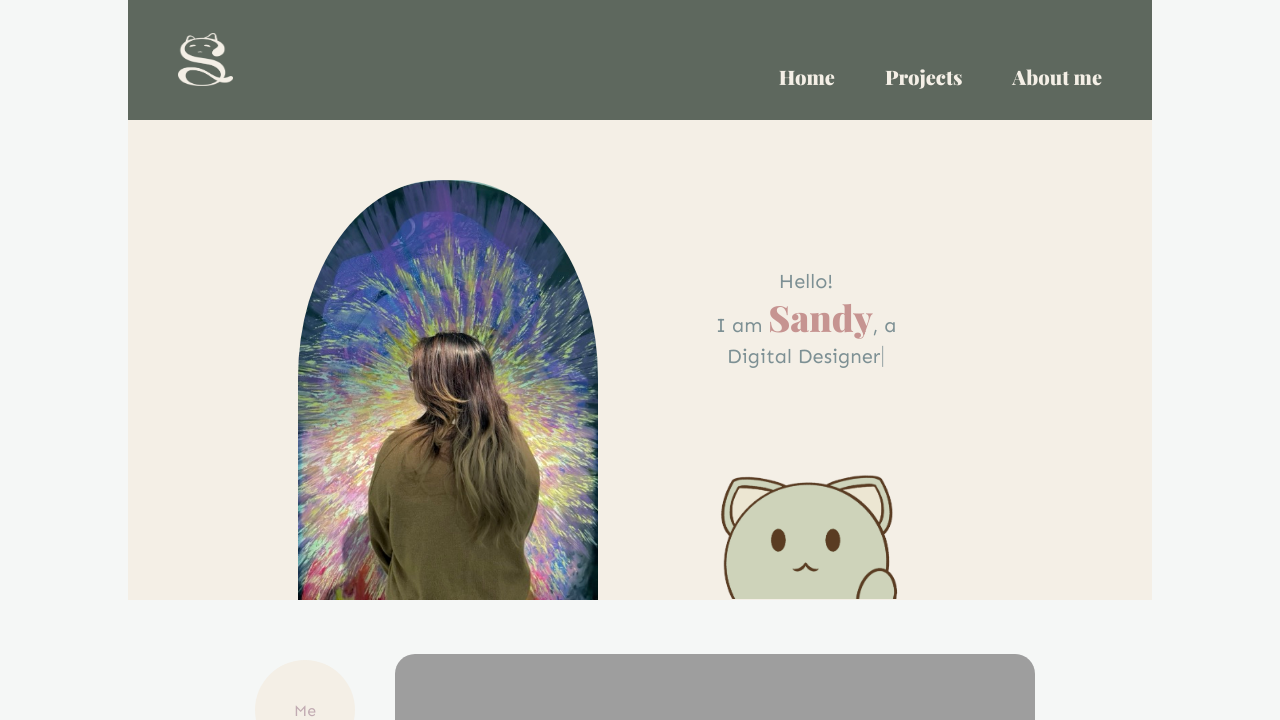
Repository: SandyLy453/portfolio
Page: /
The author's editor kept a copy of each file at every save. The page is drawn from the files as they stood at one save, then again after a run of saves.
The browser window is 1280 px wide. The pictures show the whole page.
Pictures or frames that could not be fetched are drawn as grey boxes. An inner scrolling area shows only its first screen. The project was rebuilt for these pictures with package versions that can differ from the ones it lists, and the page was loaded fresh each time. The framework's server and built-in components were replaced by stand-ins that run in the browser. Also part of the build but not shown: next.config.mjs, modules/Footer/Footer.module.css, modules/Footer/Footer.js, modules/ProjectCard/ProjectCard.module.css, modules/ProjectCard/Projectcard.js.

Above is the page before, as saved 2025-02-17 16:44:39.

After the next 2 saves:
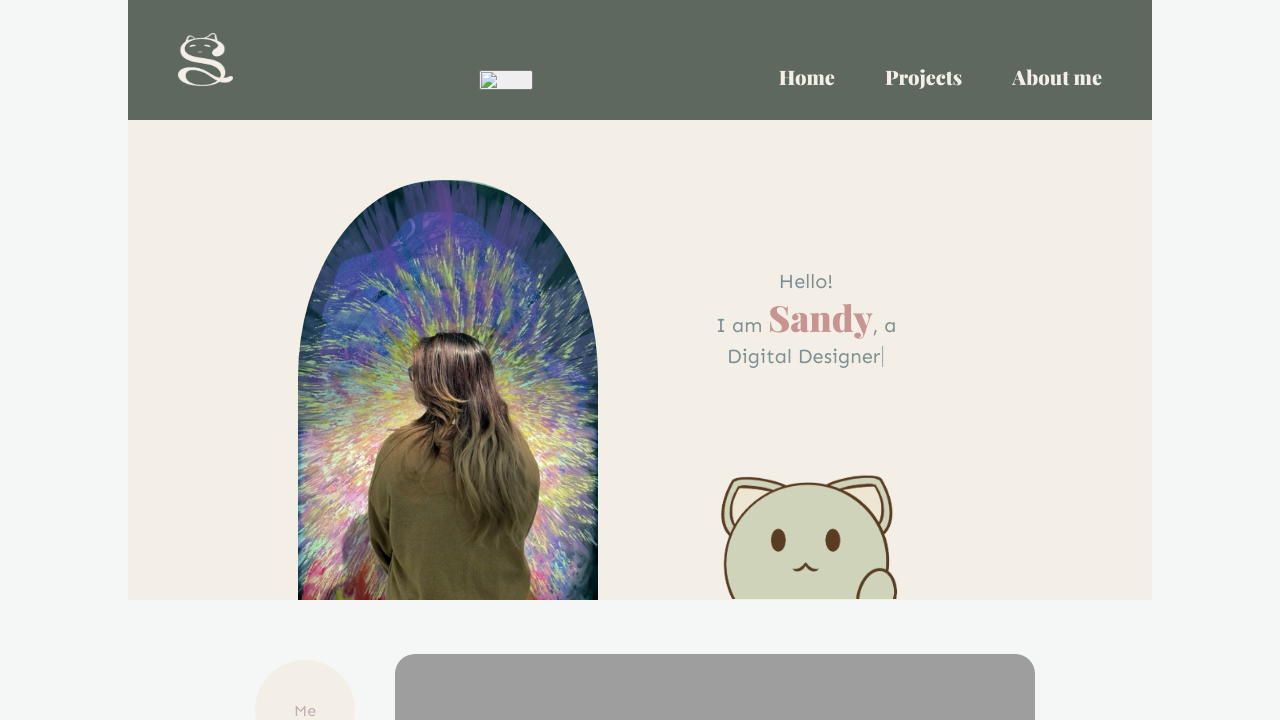
Not found: mnt/data/menuIcon.png
The 2 saves are shown as one change because 1 did not build or start.
The last was saved 81 s later.
--- a/modules/Header/Header.js
+++ b/modules/Header/Header.js
@@ -5,7 +5,7 @@ import { useState, useRef } from "react";
 
 export default function Header () {
     const audioRef = useRef(null);
-    const [openMenu, setOpenMenu] = useState(false);
+    const [menuOpen, setMenuOpen] = useState(false);
 
     const playSound = () => {
         if (audioRef.current) {
@@ -29,11 +29,21 @@ export default function Header () {
                 </Link>
             </div>
 
-            <div className={styles.menu}>
+            <button className={styles.hamburger} onClick={() => setMenuOpen(!menuOpen)}>
+                <Image
+                    src={'/mnt/data/menuIcon.png'}
+                    alt="Menu"
+                    width={40}
+                    height={40}
+                />
+            </button>
+
+            {/* Menu Items */}
+            <nav className={`${styles.menu} ${menuOpen ? styles.menuOpen : ""}`}>
                 <p className={styles.menuOption}><Link href={'/'} className={styles.link}>Home</Link></p>
                 <p className={styles.menuOption}><Link href={'/project'} className={styles.link}>Projects</Link></p>
                 <p className={styles.menuOption}><Link href={'/about'} className={styles.link}>About me</Link></p>
-            </div>
+            </nav>
 
             <audio ref={audioRef} src="/cat.wav" preload="auto"></audio>
         </header>

After the save that followed:
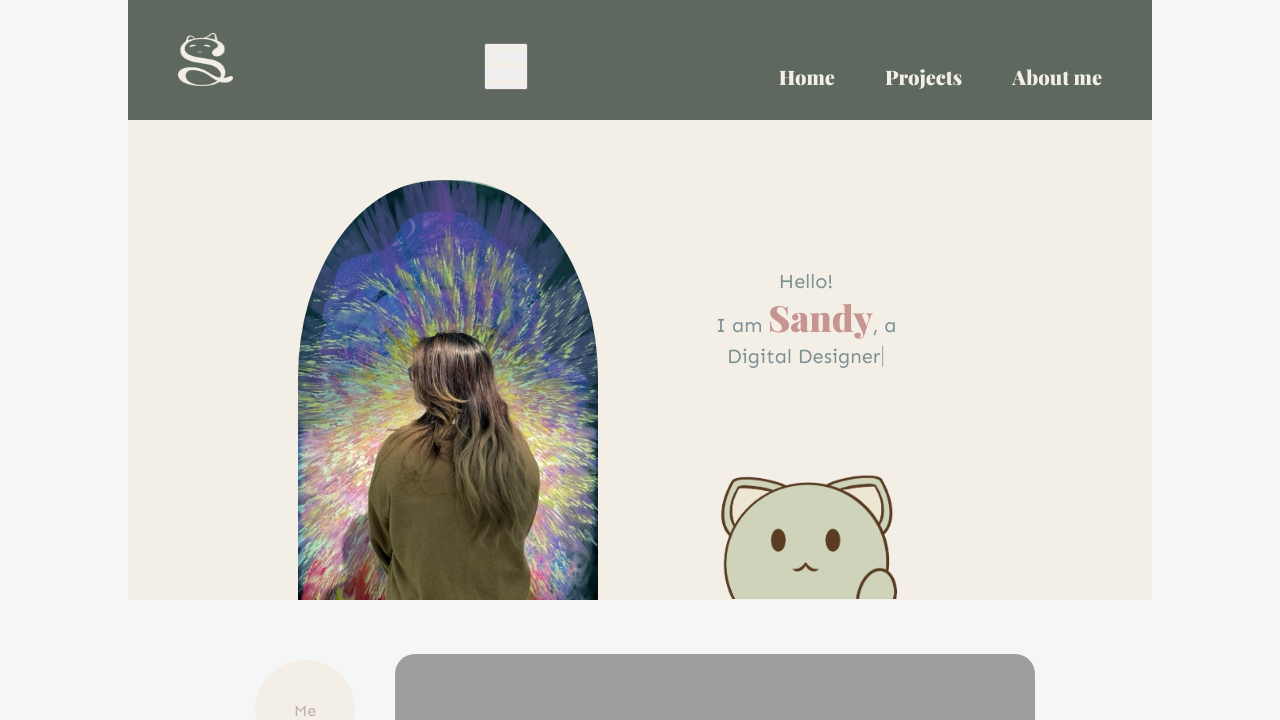
Saved 18 s later.
--- a/modules/Header/Header.js
+++ b/modules/Header/Header.js
@@ -31,7 +31,7 @@ export default function Header () {
 
             <button className={styles.hamburger} onClick={() => setMenuOpen(!menuOpen)}>
                 <Image
-                    src={'/mnt/data/menuIcon.png'}
+                    src={'/menuIcon.png'}
                     alt="Menu"
                     width={40}
                     height={40}
